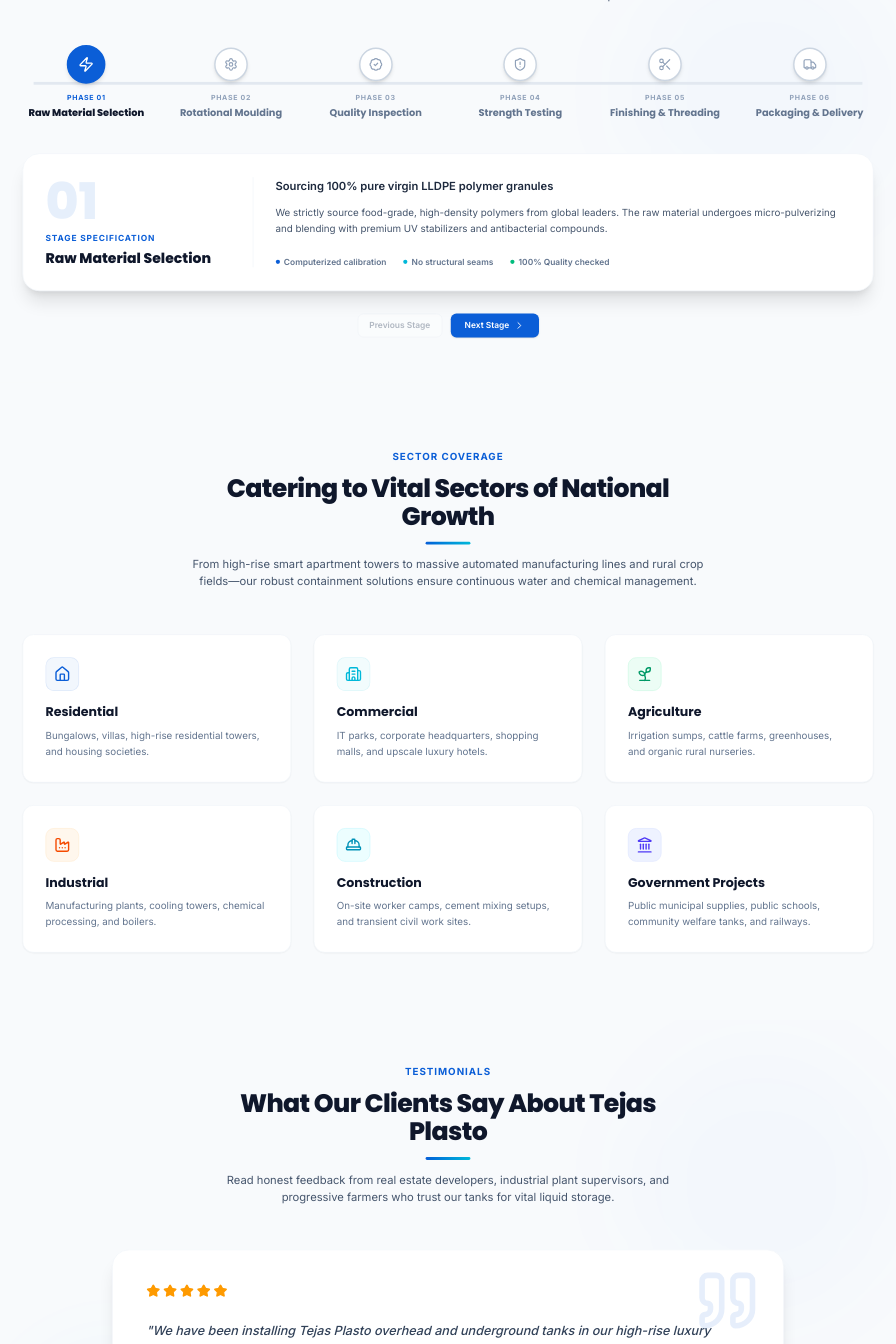
Repository: NikunjRajpara/TejasPlasto
Page: /
The author's editor kept a copy of each file at every save. The page is drawn from the files as they stood at one save, then again after the next save.
The browser window is 1280 px wide. The pictures show the part of the page from y = 4580 to 6500 px (the page is 10287 px tall before and 10223 px after), at 70% of full size.
The project was rebuilt for these pictures with package versions that can differ from the ones it lists, and the page was loaded fresh each time. Also part of the build but not shown: vite.config.js, src/components/Certifications.jsx, src/components/QuoteModal.jsx.

Above is the page before, as saved 2026-07-08 17:04:15.

After the next save:
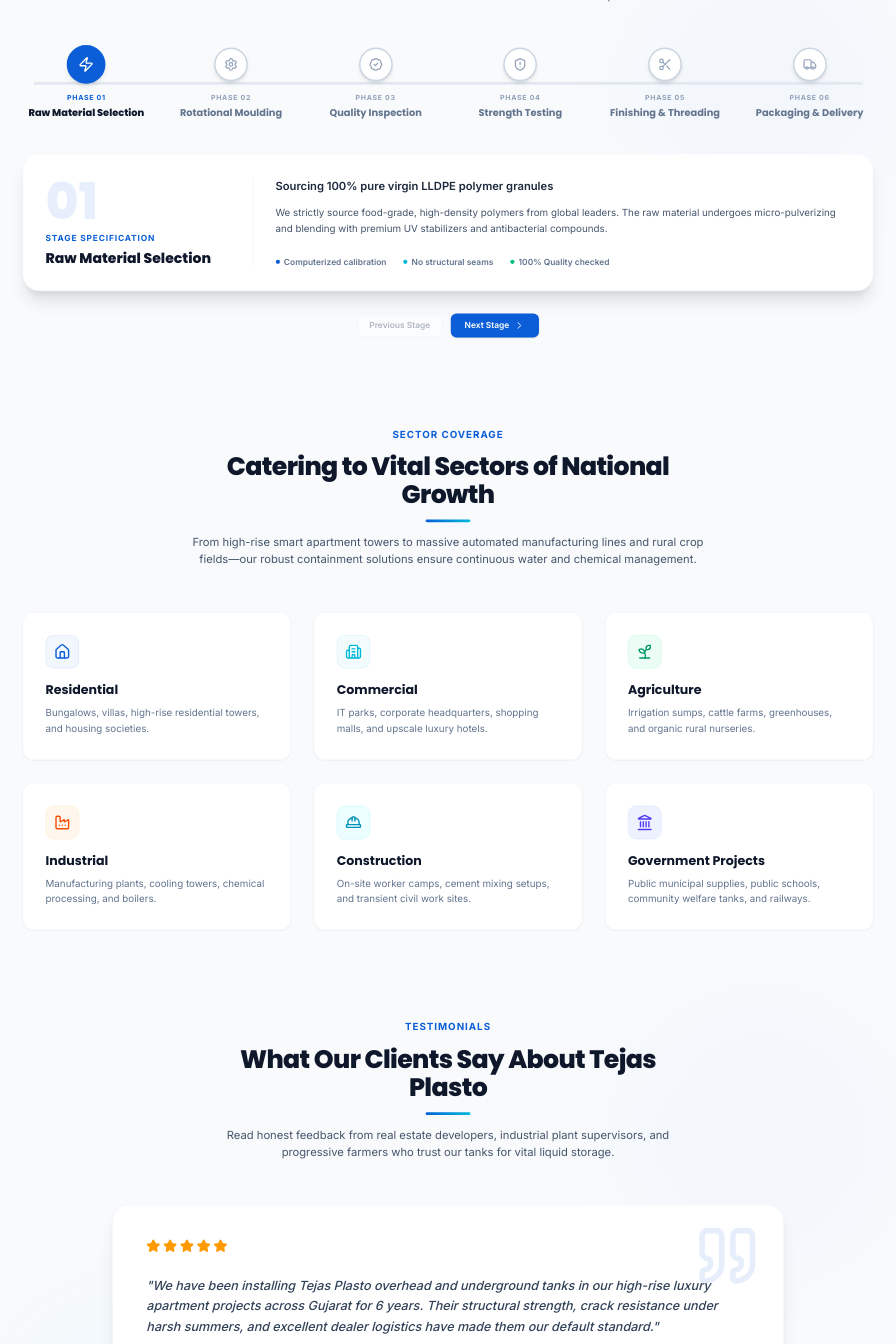
Saved 12 s later.
--- a/src/components/IndustriesServed.jsx
+++ b/src/components/IndustriesServed.jsx
@@ -29,7 +29,7 @@
   };
 
   return (
-    <section id="industries" className="py-24 bg-slate-50 relative overflow-hidden">
+    <section id="industries" className="py-16 bg-slate-50 relative overflow-hidden">
       <div className="max-w-7xl mx-auto px-4 sm:px-6 lg:px-8 relative z-10">
 
         {/* Section Header */}
